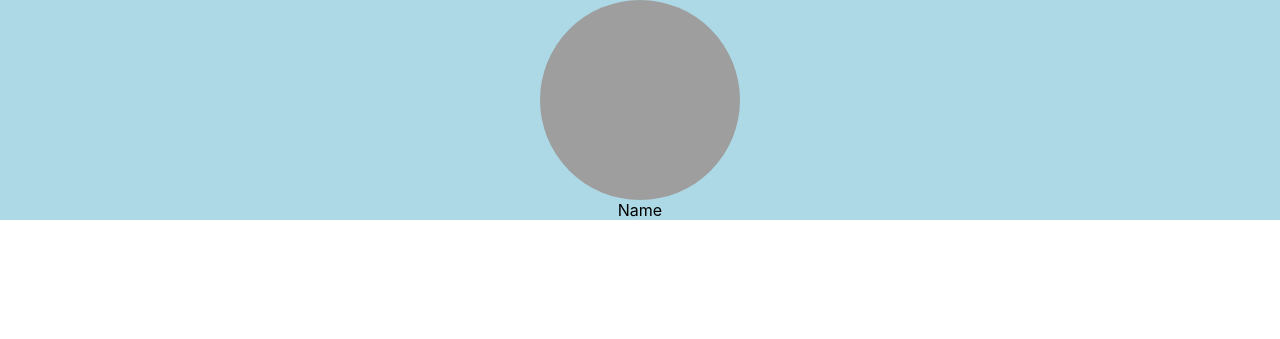
Repository: YEOMJINSEOP/React
Page: / (app in simpleExample/nameCard/)
The author's editor kept a copy of each file at every save. The page is drawn from the files as they stood at one save, then again after a run of saves.
The browser window is 1280 px wide. The pictures show the whole page.
Pictures or frames that could not be fetched are drawn as grey boxes. The project was rebuilt for these pictures with package versions that can differ from the ones it lists, and the page was loaded fresh each time. Also part of the build but not shown: simpleExample/nameCard/src/app.css.

Above is the page before, as saved 2023-01-06 14:51:07.

After the next 5 saves:
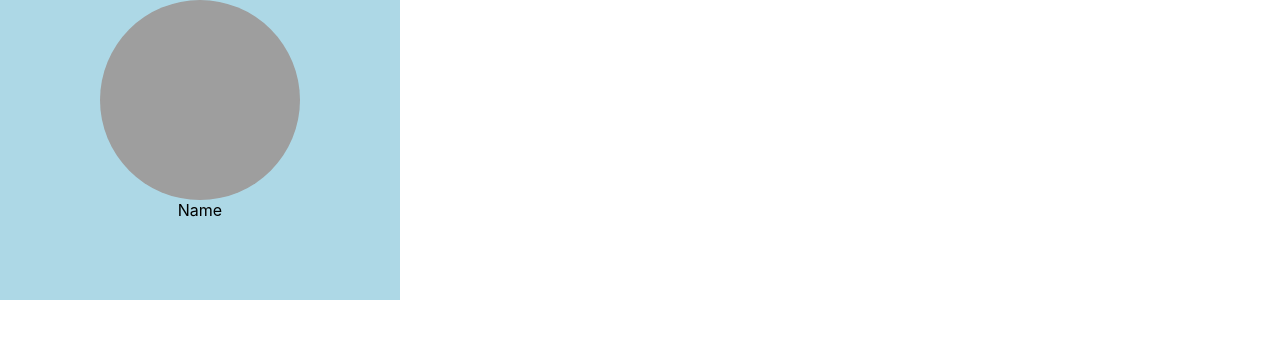
The 5 saves are shown as one change because they came seconds apart.
The last was saved 26 s later.
--- a/simpleExample/nameCard/src/nameCard.module.css
+++ b/simpleExample/nameCard/src/nameCard.module.css
@@ -1,4 +1,6 @@
 .nameCard{
+  width: 400px;
+  height: 300px;
   background-color: lightblue;
   display: flex;
   flex-direction: column;
